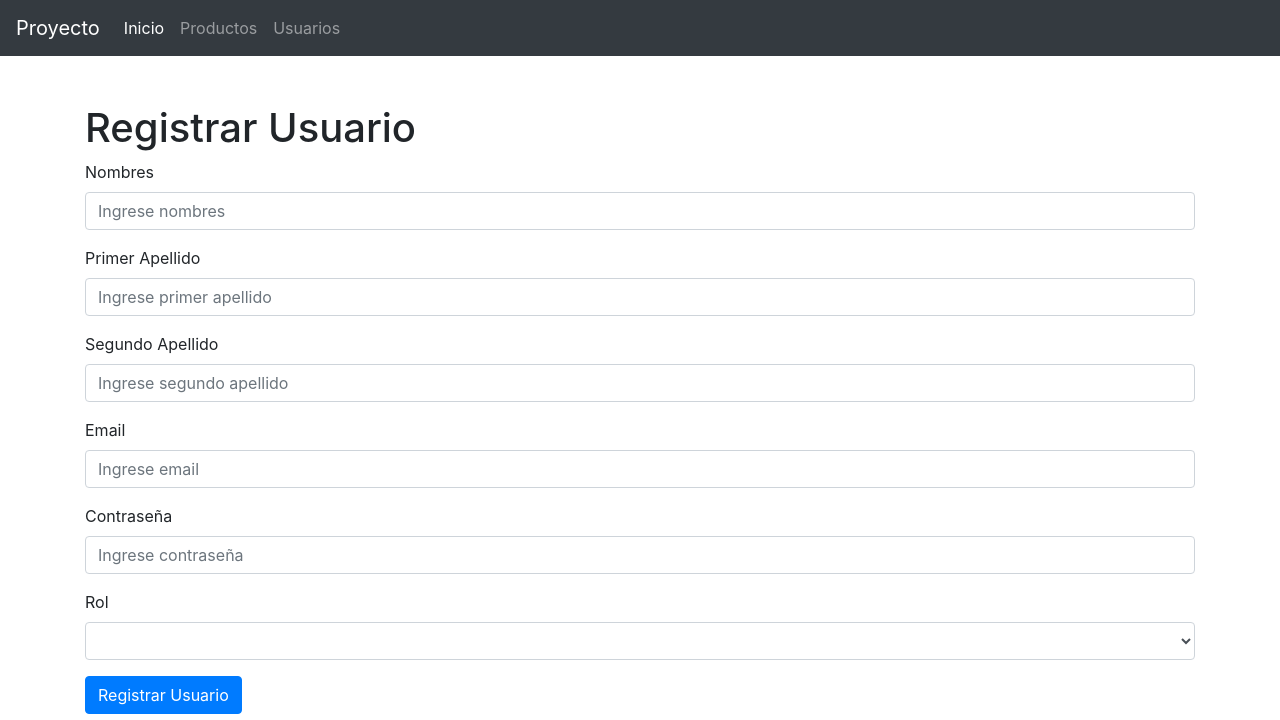
Repository: jfchirinos/ProyectoFinalLPII
Page: http://localhost/usuarioRegister
These files come from the project's save history. The page is drawn as it stood at one moment and after the next save; the edit follows.
The browser window is 1280 px wide. The pictures show the whole page.
Some web libraries are served in a nearby version. The page is this project's Thymeleaf template; nobody is signed in. The template is opened directly, without the code that normally fills it, so the values that code supplies are empty.

Above is the page before, as saved 2024-03-09 03:19:51.

After the next save:
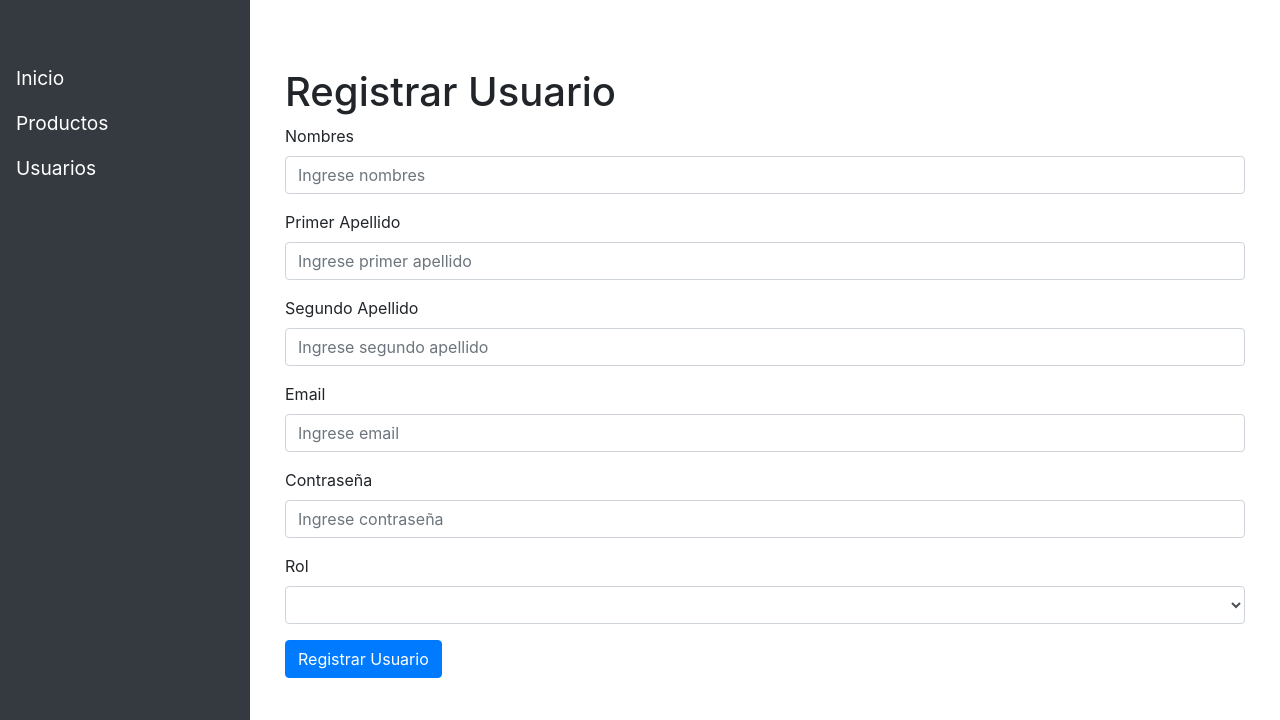
Saved 18 s later.
--- a/proyecto-final/src/main/resources/templates/usuarioRegister.html
+++ b/proyecto-final/src/main/resources/templates/usuarioRegister.html
@@ -6,27 +6,47 @@
     <title>Registro de Usuario</title>
      <!-- Agregar la referencia a los archivos CSS de Bootstrap (localmente o a través de CDN) -->
     <link rel="stylesheet" href="https://stackpath.bootstrapcdn.com/bootstrap/4.5.2/css/bootstrap.min.css">
+<style>
+        .sidebar {
+            position: fixed;
+            top: 0;
+            left: 0;
+            height: 100%;
+            width: 250px;
+            background-color: #343a40;
+            padding-top: 56px; /* Ajuste para compensar la altura del navbar */
+            z-index: 1;
+        }
+        .main-content {
+            margin-left: 250px; /* Ancho de la barra lateral */
+            padding: 20px;
+        }
+        .navbar-nav {
+            flex-direction: column;
+        }
+        .nav-item a {
+		    color: #ffffff;
+		    padding-left: 1rem!important;
+		    font-size: 1.2rem;
+		}
+    </style>
 </head>
 <body>
-    <nav class="navbar navbar-expand-lg navbar-dark bg-dark">
-      <a class="navbar-brand" href="#">Proyecto</a>
-      <button class="navbar-toggler" type="button" data-toggle="collapse" data-target="#navbarNav" aria-controls="navbarNav" aria-expanded="false" aria-label="Toggle navigation">
-        <span class="navbar-toggler-icon"></span>
-      </button>
-      <div class="collapse navbar-collapse" id="navbarNav">
-        <ul class="navbar-nav">
-          <li class="nav-item active">
+
+<div class="sidebar">
+    <ul class="navbar-nav">
+        <li class="nav-item active">
             <a class="nav-link" href="#">Inicio <span class="sr-only">(current)</span></a>
-          </li>
-          <li class="nav-item">
-                <a class="nav-link" href="/producto/productos">Productos</a>
-            </li>
-            <li class="nav-item">
-                <a class="nav-link" href="/usuario/usuarios">Usuarios</a>
-            </li>
-        </ul>
-      </div>
-    </nav>
+        </li>
+        <li class="nav-item">
+            <a class="nav-link" href="/producto/productos">Productos</a>
+        </li>
+        <li class="nav-item">
+            <a class="nav-link" href="/usuario/usuarios">Usuarios</a>
+        </li>
+    </ul>
+</div>
+  <div class="main-content">
     <div class="container mt-5">
         <h1 class="mt-5">Registrar Usuario</h1>
         <form action="/usuario/register" method="post">
@@ -59,6 +79,7 @@
             <button type="submit" class="btn btn-primary">Registrar Usuario</button>
         </form>
     </div>
+    </div>
 
     <script src="https://code.jquery.com/jquery-3.5.1.slim.min.js"></script>
     <script src="https://cdn.jsdelivr.net/npm/@popperjs/core@2.5.4/dist/umd/popper.min.js"></script>
